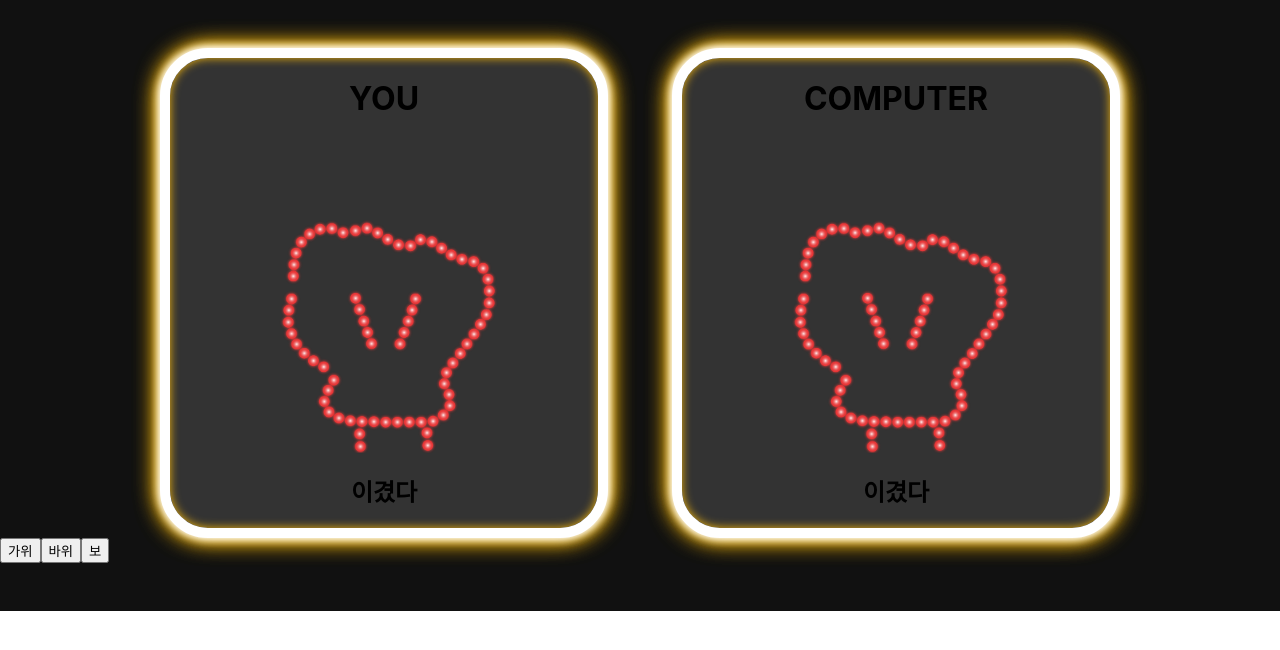
Repository: KIMMIHYE12/classComponent
Page: /
The author's editor kept a copy of each file at every save. The page is drawn from the files as they stood at one save, then again after the next save.
The browser window is 1280 px wide. The pictures show the whole page.
The project was rebuilt for these pictures with package versions that can differ from the ones it lists, and the page was loaded fresh each time.

Above is the page before, as saved 2024-03-18 21:04:49.

### src/App.js
import "./App.css";
import { Box } from "./component/Box";

function App() {
  return (
    <div className='content'>
      <div className='game_screen'>
        <Box title='YOU' />
        <Box title='COMPUTER' />
      </div>
      <div>
        <button>가위</button>
        <button>바위</button>
        <button>보</button>
      </div>
    </div>
  );
}

export default App;

### src/App.css
* {
  box-sizing: border-box;
}

.content {
  height: vh;
  padding: 3em 0;
  background-color: #111;
}
.game_screen {
  width: 100%;
  display: flex;
  justify-content: center;
}
.box {
  width: 35%;
  display: flex;
  align-items: center;
  flex-direction: column;
  margin: 0 2em;
  border: 10px solid #fff;
  background: #333;
  border-radius: 3rem;
  box-shadow: 0 0 10px #fff, 0 0 10px #fff, 0 0 24px #f5b70c, 0 0 16px #f5b70c,
    0 0 24px #f5b70c, inset 0 0 10px #f5b70c;
}
img {
  width: 70%;
}

### src/component/Box.js
import React from "react";

export const Box = (props) => {
  console.log(props);
  return (
    <div className='box'>
      <h1>{props.title}</h1>
      <img src='/images/rock.png' />
      <h2>이겼다</h2>
    </div>
  );
};

Loaded but not shown: public/index.html (common file); src/index.js (common file); src/index.css (common file); src/reportWebVitals.js (common file)

After the next save:
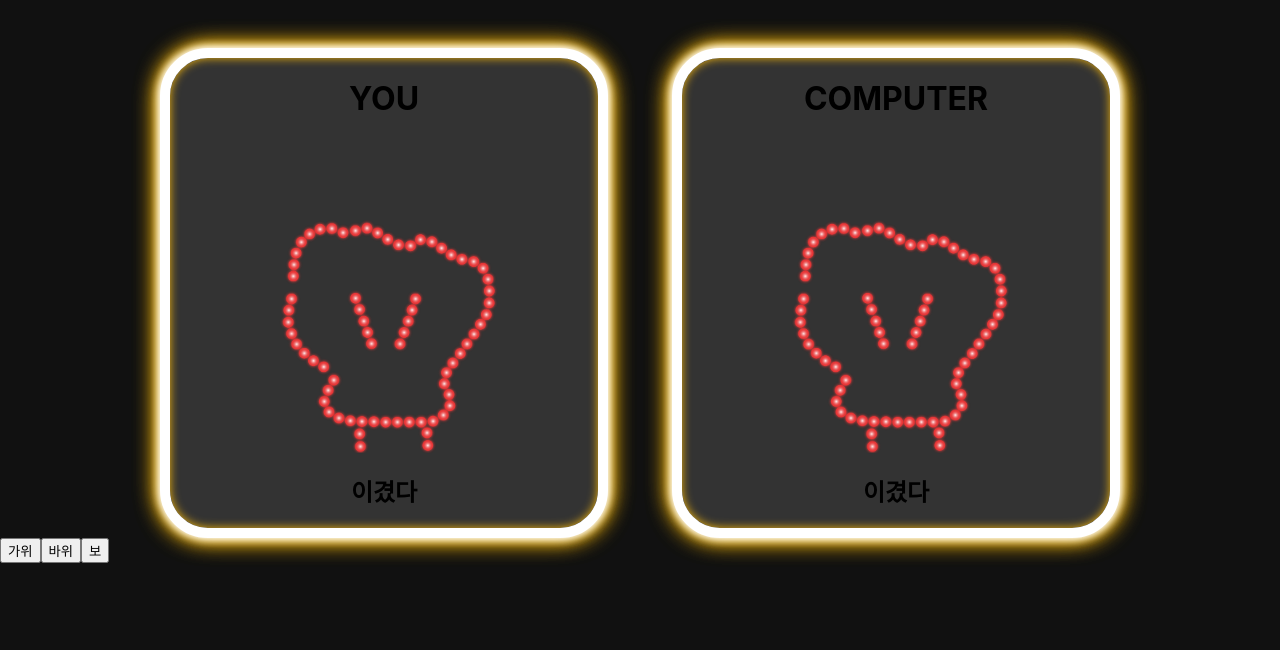
Saved 34 s later.
--- a/src/App.css
+++ b/src/App.css
@@ -3,7 +3,7 @@
 }
 
 .content {
-  height: vh;
+  height: 100vh;
   padding: 3em 0;
   background-color: #111;
 }
